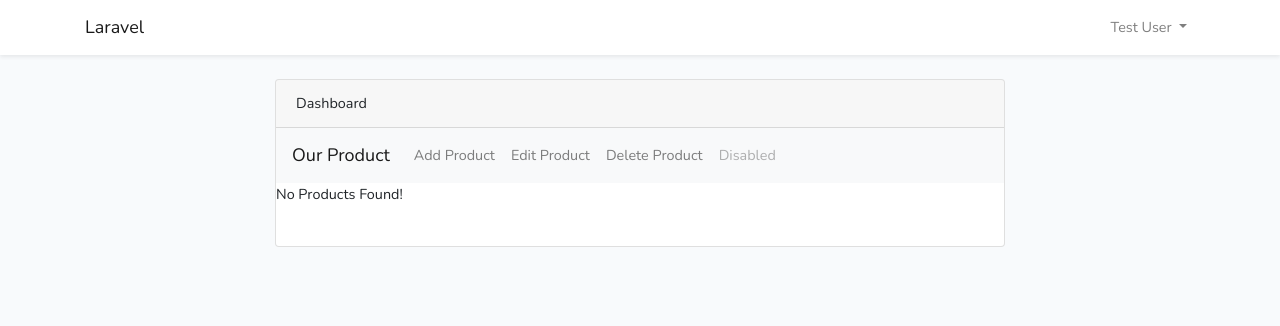
Repository: Fateen980/Tawfiq
Page: http://localhost/home
These files come from the project's save history. The page is drawn as it stood at one moment and after the next save; the edit follows.
The browser window is 1280 px wide. The pictures show the whole page.
The page is served by the project's Laravel application, run on PHP 8.4 with Laravel 8. A made-up administrator, Test User (test@example.com), is signed in. Queries for data that is not in the repository find no rows.

Above is the page before, as saved 2020-09-17 09:57:13.

After the next save:
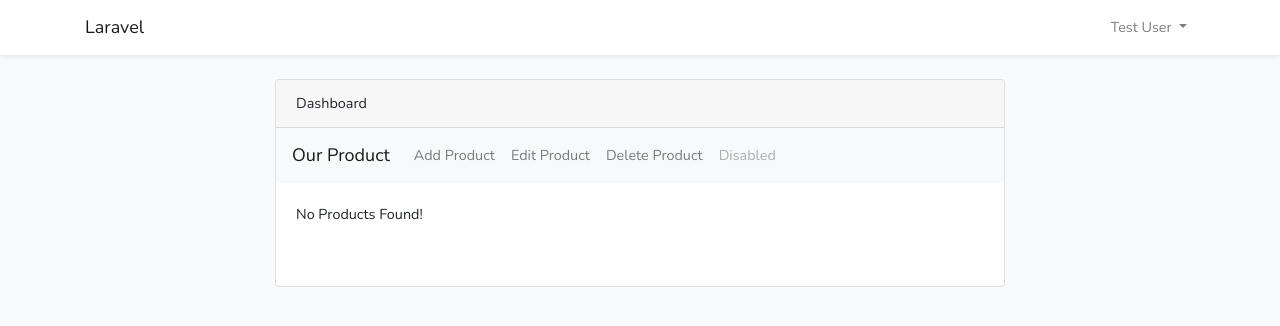
Saved 31 s later.
--- a/resources/views/home.blade.php
+++ b/resources/views/home.blade.php
@@ -34,7 +34,9 @@
 
 @if (count($Products) === 0)
 
-   <div>No Products Found!</div>
+<div class="card-body">
+     No Products Found!
+</div>
 
 @endif
 
